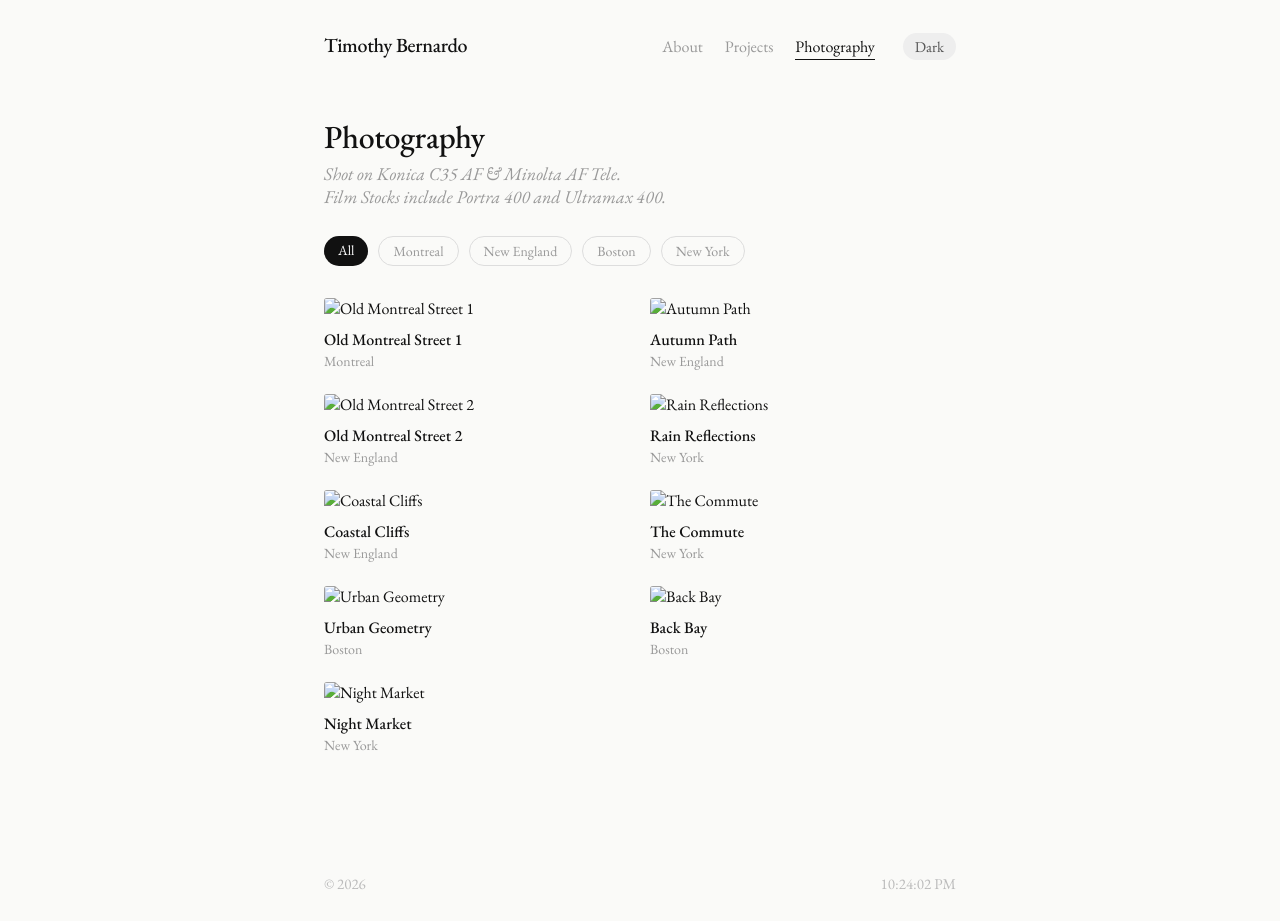
Repository: timothybernardo/portfolio
Page: /photography
These files come from the project's save history. The page is drawn as it stood at one moment and after the next save; the edit follows.
The browser window is 1280 px wide. The pictures show the whole page.
The project was rebuilt for these pictures with package versions that can differ from the ones it lists, and the page was loaded fresh each time. Also part of the build but not shown: src/pages/Home.jsx, src/data/experience.js, src/pages/About.jsx, src/data/projects.js, src/pages/Projects.jsx.

Above is the page before, as saved 2026-03-08 00:11:22.

### public/index.html
<!DOCTYPE html>
<html lang="en">
<head>
  <meta charset="UTF-8" />
  <meta name="viewport" content="width=device-width, initial-scale=1.0" />
  <title>Timothy Bernardo</title>
  <link href="https://fonts.googleapis.com/css2?family=EB+Garamond:ital,wght@0,400;0,500;0,600;0,700;1,400&display=swap" rel="stylesheet" />
</head>
<body>
  <div id="root"></div>
</body>
</html>

### src/index.js
import React from "react";
import ReactDOM from "react-dom/client";
import { BrowserRouter } from "react-router-dom";
import App from "./App";
import "./index.css";

const root = ReactDOM.createRoot(document.getElementById("root"));
root.render(
  <React.StrictMode>
    <BrowserRouter>
      <App />
    </BrowserRouter>
  </React.StrictMode>
);

### src/App.jsx
import { useState } from "react";
import { Routes, Route } from "react-router-dom";
import { themes, serif } from "./theme";
import Header from "./components/Header";
import Footer from "./components/Footer";
import Home from "./pages/Home";
import About from "./pages/About";
import Projects from "./pages/Projects";
import Photography from "./pages/Photography";

export default function App() {
  const [dark, setDark] = useState(false);
const theme = dark ? themes.dark : themes.light;
document.documentElement.style.background = theme.bg;
document.body.style.background = theme.bg;

  return (
    <div
      style={{
        fontFamily: serif,
        color: theme.text,
        minHeight: "100vh",
        background: theme.bg,
        display: "flex",
        flexDirection: "column",
        transition: "background 0.3s, color 0.3s",
      }}
    >
      <Header theme={theme} isDark={dark} onToggle={() => setDark(!dark)} />

      <main style={{ maxWidth: 680, width: "100%", margin: "0 auto", padding: "0 24px 100px", flex: 1 }}>
        <Routes>
          <Route path="/" element={<Home theme={theme} />} />
          <Route path="/about" element={<About theme={theme} />} />
          <Route path="/projects" element={<Projects theme={theme} />} />
          <Route path="/photography" element={<Photography theme={theme} />} />
          <Route path="/photography/:id" element={<Photography theme={theme} />} />
        </Routes>
      </main>

      <Footer theme={theme} />
    </div>
  );
}

### src/index.css
* {
  margin: 0;
  padding: 0;
  box-sizing: border-box;
}

html, body, #root {
  min-height: 100%;
  height: 100%;
  background: inherit;
}

body {
  -webkit-font-smoothing: antialiased;
  -moz-osx-font-smoothing: grayscale;
}

a {
  text-decoration: none;
  color: inherit;
}

### src/theme.js
export const serif = "'EB Garamond', Georgia, 'Times New Roman', serif";

export const themes = {
  light: {
    bg: "#fafaf8",
    text: "#111",
    sub: "#555",
    muted: "#999",
    faint: "#bbb",
    border: "#ece9e5",
    pill: "#111",
    pillT: "#fff",
    pillB: "#ddd",
    badge: "rgba(255,255,255,0.3)",
    toggle: "#eee",
    toggleTxt: "#555",
  },
  dark: {
    bg: "#131313",
    text: "#e4e0da",
    sub: "#a09a93",
    muted: "#6b665f",
    faint: "#4a4640",
    border: "#282624",
    pill: "#e4e0da",
    pillT: "#131313",
    pillB: "#383530",
    badge: "rgba(255,255,255,0.18)",
    toggle: "#282624",
    toggleTxt: "#a09a93",
  },
};

### src/components/Header.jsx
import { Link, useLocation } from "react-router-dom";
import { serif } from "../theme";

const links = [
  { path: "/about", label: "About" },
  { path: "/projects", label: "Projects" },
  { path: "/photography", label: "Photography" },
];

export default function Header({ theme, onToggle, isDark }) {
  const { pathname } = useLocation();

  return (
    <header
      style={{
        maxWidth: 680,
        width: "100%",
        margin: "0 auto",
        padding: "32px 24px 0",
        display: "flex",
        justifyContent: "space-between",
        alignItems: "baseline",
        fontFamily: serif,
      }}
    >
      <Link to="/" style={{ fontWeight: 500, fontSize: 20, letterSpacing: "-0.3px" }}>
        Timothy Bernardo
      </Link>

      <nav style={{ display: "flex", gap: 22, alignItems: "baseline" }}>
        {links.map(({ path, label }) => (
          <Link
            key={path}
            to={path}
            style={{
              fontSize: 16,
              color: pathname === path ? theme.text : theme.muted,
              paddingBottom: 2,
              borderBottom:
                pathname === path
                  ? `1.5px solid ${theme.text}`
                  : "1.5px solid transparent",
            }}
          >
            {label}
          </Link>
        ))}
        <span
          onClick={onToggle}
          style={{
            fontFamily: serif,
            fontSize: 15,
            cursor: "pointer",
            padding: "4px 12px",
            borderRadius: 14,
            background: theme.toggle,
            color: theme.toggleTxt,
            marginLeft: 6,
            userSelect: "none",
          }}
        >
          {isDark ? "Light" : "Dark"}
        </span>
      </nav>
    </header>
  );
}

### src/components/Footer.jsx
import Clock from "./Clock";
import { serif } from "../theme";

export default function Footer({ theme }) {
  return (
    <footer
      style={{
        maxWidth: 680,
        width: "100%",
        margin: "0 auto",
        padding: "20px 24px 28px",
        fontSize: 15,
        color: theme.faint,
        display: "flex",
        justifyContent: "space-between",
        alignItems: "center",
        fontFamily: serif,
      }}
    >
      <span>&copy; 2026</span>
      <Clock color={theme.faint} />
    </footer>
  );
}

### src/pages/Photography.jsx
import { useState } from "react";
import { useParams, useNavigate } from "react-router-dom";
import { serif } from "../theme";
import photos from "../data/photos";
import PhotoCard from "../components/PhotoCard";

const categories = ["All", ...new Set(photos.map((p) => p.cat))];

function Gallery({ theme }) {
  const [filter, setFilter] = useState("All");
  const filtered = filter === "All" ? photos : photos.filter((p) => p.cat === filter);

  return (
    <div style={{ marginTop: 56, fontFamily: serif }}>
      <h2 style={{ fontSize: 32, fontWeight: 500, letterSpacing: "-0.3px", marginBottom: 4 }}>
        Photography
      </h2>
      <p style={{ fontSize: 18, color: theme.muted, marginBottom: 0, fontStyle: "italic" }}>
        Shot on Konica C35 AF & Minolta AF Tele.
      </p>
      <p style={{ fontSize: 18, color: theme.muted, marginBottom: 28, fontStyle: "italic" }}>
         Film Stocks include Portra 400 and Ultramax 400.
      </p>
      <div style={{ display: "flex", gap: 10, marginBottom: 32, flexWrap: "wrap" }}>
        {categories.map((cat) => (
          <span
            key={cat}
            onClick={() => setFilter(cat)}
            style={{
              fontFamily: serif,
              fontSize: 14,
              cursor: "pointer",
              padding: "5px 14px",
              borderRadius: 20,
              background: filter === cat ? theme.pill : "transparent",
              color: filter === cat ? theme.pillT : theme.muted,
              border: filter === cat ? "none" : `1px solid ${theme.pillB}`,
            }}
          >
            {cat}
          </span>
        ))}
      </div>
      <div style={{ columnCount: 2, columnGap: 20 }}>
        {filtered.map((p) => (
          <PhotoCard key={p.id} photo={p} theme={theme} />
        ))}
      </div>
    </div>
  );
}

function PhotoDetail({ theme }) {
  const { id } = useParams();
  const navigate = useNavigate();
  const photo = photos.find((p) => p.id === parseInt(id));

  if (!photo) return <p>Photo not found.</p>;

  return (
    <div style={{ marginTop: 56, fontFamily: serif }}>
      <span
        onClick={() => navigate("/photography")}
        style={{ fontSize: 15, color: theme.muted, cursor: "pointer", display: "inline-block", marginBottom: 24 }}
      >
        ← Back
      </span>
      <img
        src={photo.full}
        alt={photo.title}
        style={{
          width: "100%",
          borderRadius: 3,
          display: "block",
          marginBottom: 28,
        }}
      />
      <h2 style={{ fontSize: 26, fontWeight: 500, marginBottom: 4 }}>{photo.title}</h2>
      <p style={{ fontSize: 15, color: theme.muted, marginBottom: 4 }}>{photo.cat}</p>

    </div>
  );
}

export default function Photography({ theme }) {
  const { id } = useParams();
  return id ? <PhotoDetail theme={theme} /> : <Gallery theme={theme} />;
}

### src/components/Clock.jsx
import { useState, useEffect } from "react";

export default function Clock({ color }) {
  const [time, setTime] = useState(new Date());

  useEffect(() => {
    const interval = setInterval(() => setTime(new Date()), 1000);
    return () => clearInterval(interval);
  }, []);

  return (
    <span style={{ color }}>
      {time.toLocaleTimeString("en-US", {
        hour: "2-digit",
        minute: "2-digit",
        second: "2-digit",
      })}
    </span>
  );
}

### src/data/photos.js
// To add your own photos:
// 1. Drop your images into public/images/
// 2. Update the "img" path below to match the filename
// 3. Set "cat" to the location/group you want
// 4. Write a description (or leave desc as "" to hide it)
//
// Vertical and horizontal photos both work fine.
// The masonry layout handles mixed orientations automatically.

const photos = [
  { id: 1, title: "Old Montreal Street 1", cat: "Montreal", img: "/images/old-montreal.jpg", desc: "Rolling hills bathed in warm evening light, shot on Ektar 100." },
  { id: 2, title: "Old Montreal Street 2", cat: "New England", img: "/images/morning-fog.jpg", desc: "A misty valley at dawn somewhere outside of Lynn." },
  { id: 3, title: "Coastal Cliffs", cat: "New England", img: "/images/coastal-cliffs.jpg", desc: "Dramatic cliffs meeting the Atlantic. The wind was unreal." },
  { id: 4, title: "Urban Geometry", cat: "Boston", img: "/images/urban-geometry.jpg", desc: "Lines and shadows in downtown Boston." },
  { id: 5, title: "Night Market", cat: "New York", img: "/images/night-market.jpg", desc: "Bustling street vendors after dark. Pushed the film to 800 for this one." },
  { id: 6, title: "Autumn Path", cat: "New England", img: "/images/autumn-path.jpg", desc: "A winding trail through fall foliage." },
  { id: 7, title: "Rain Reflections", cat: "New York", img: "/images/rain-reflections.jpg", desc: "" },
  { id: 8, title: "The Commute", cat: "New York", img: "/images/the-commute.jpg", desc: "Figures in motion through the station. Shot handheld at 1/60." },
  { id: 9, title: "Back Bay", cat: "Boston", img: "/images/back-bay.jpg", desc: "Late afternoon light on brownstones." },
];

export default photos;

### src/components/PhotoCard.jsx
import { useNavigate } from "react-router-dom";
import { serif } from "../theme";

export default function PhotoCard({ photo, theme }) {
  const navigate = useNavigate();

  return (
    <div
      onClick={() => navigate(`/photography/${photo.id}`)}
      style={{ breakInside: "avoid", marginBottom: 24, cursor: "pointer" }}
    >
      <img
        src={photo.thumb}
        alt={photo.title}
        loading="lazy"
        style={{
          width: "100%",
          borderRadius: 3,
          display: "block",
          transition: "opacity 0.2s",
        }}
        onMouseEnter={(e) => (e.currentTarget.style.opacity = "0.8")}
        onMouseLeave={(e) => (e.currentTarget.style.opacity = "1")}
      />
      <p style={{ margin: "10px 0 2px", fontFamily: serif, fontSize: 16, fontWeight: 500 }}>
        {photo.title}
      </p>
      <p style={{ margin: 0, fontFamily: serif, fontSize: 14, color: theme.muted }}>
        {photo.cat}
      </p>
    </div>
  );
}

After the next save:
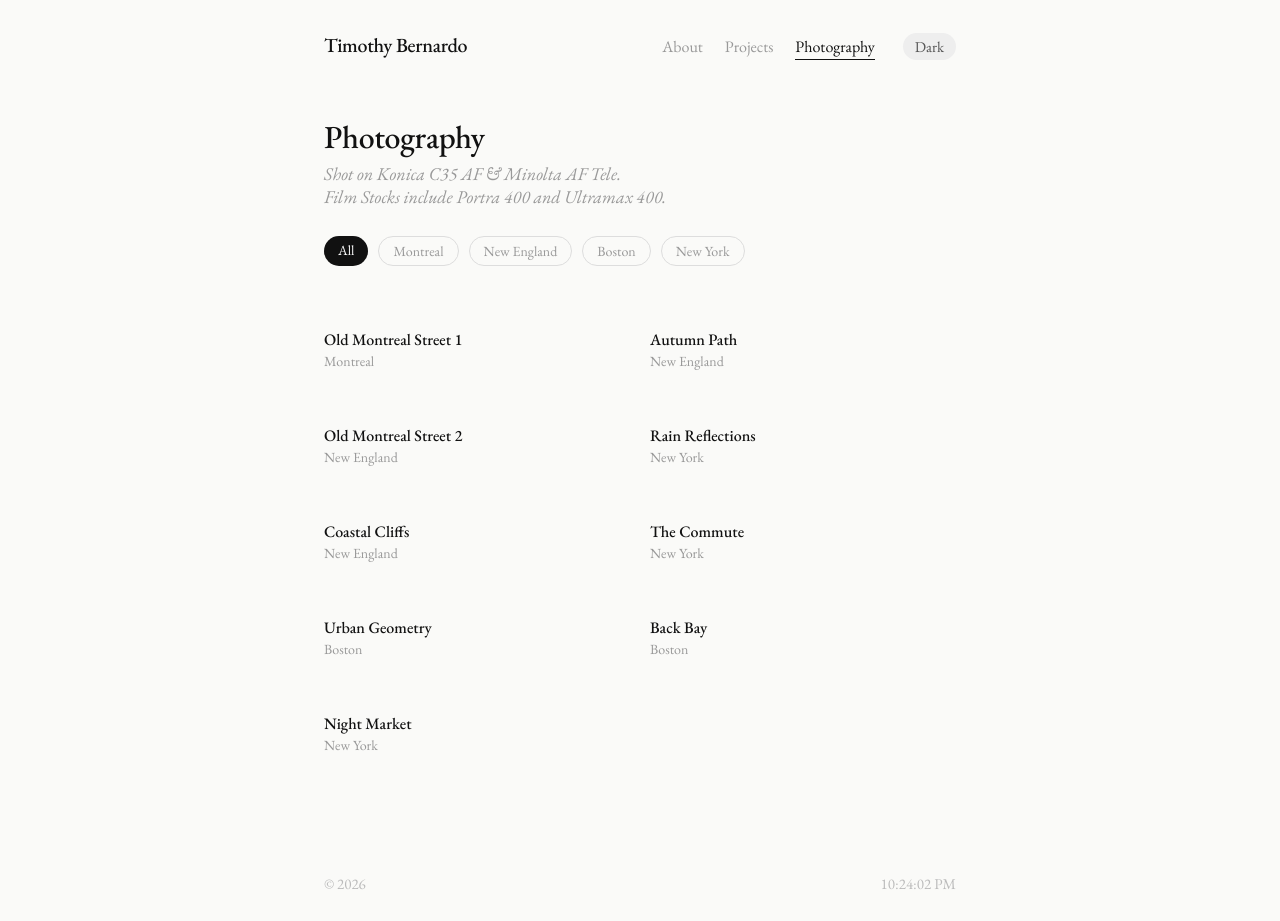
Saved 76 s later.
--- a/src/components/PhotoCard.jsx
+++ b/src/components/PhotoCard.jsx
@@ -1,8 +1,11 @@
+
+import { useState } from "react";
 import { useNavigate } from "react-router-dom";
 import { serif } from "../theme";
 
 export default function PhotoCard({ photo, theme }) {
   const navigate = useNavigate();
+  const [loaded, setLoaded] = useState(false);
 
   return (
     <div
@@ -13,14 +16,16 @@ export default function PhotoCard({ photo, theme }) {
         src={photo.thumb}
         alt={photo.title}
         loading="lazy"
+        onLoad={() => setLoaded(true)}
         style={{
           width: "100%",
           borderRadius: 3,
           display: "block",
-          transition: "opacity 0.2s",
+          opacity: loaded ? 1 : 0,
+          transition: "opacity 0.4s ease",
         }}
         onMouseEnter={(e) => (e.currentTarget.style.opacity = "0.8")}
-        onMouseLeave={(e) => (e.currentTarget.style.opacity = "1")}
+        onMouseLeave={(e) => (e.currentTarget.style.opacity = loaded ? "1" : "0")}
       />
       <p style={{ margin: "10px 0 2px", fontFamily: serif, fontSize: 16, fontWeight: 500 }}>
         {photo.title}
